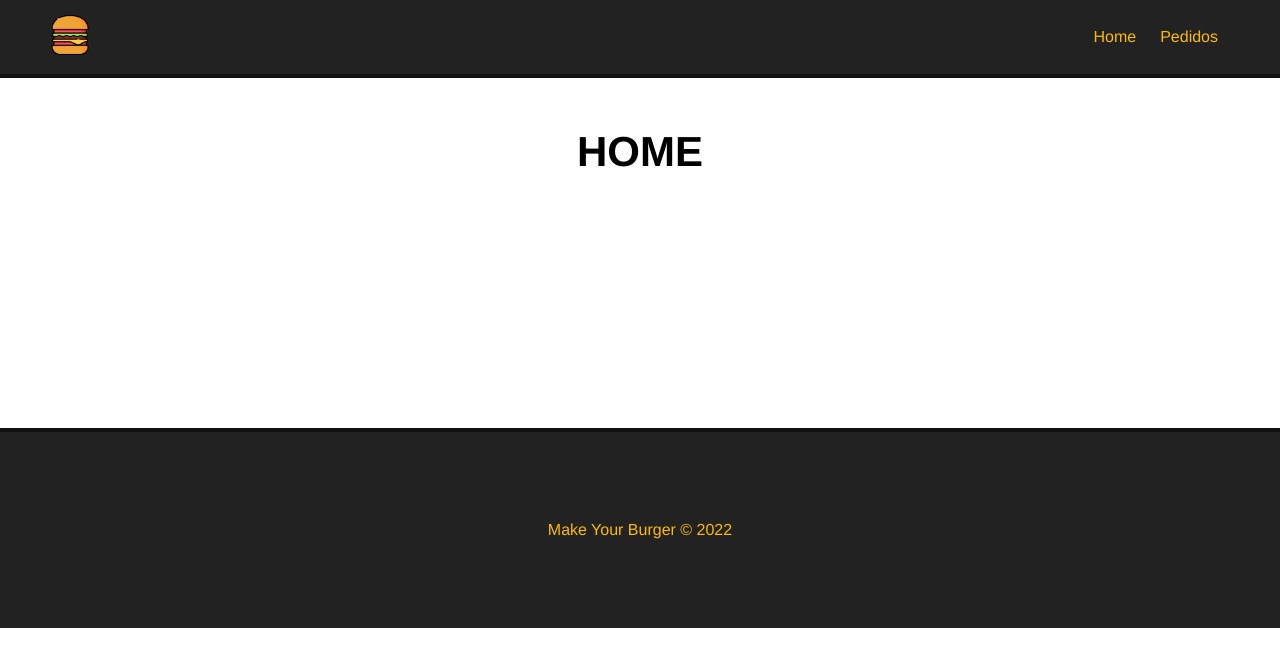
Repository: brunofa23/makeyourburguer
Page: /
An editor plug-in stored every save of this project. The page is shown before and after the next save, followed by the edit.
The browser window is 1280 px wide. The pictures show the whole page.
The project was rebuilt for these pictures with package versions that can differ from the ones it lists, and the page was loaded fresh each time. Also part of the build but not shown: vue.config.js.

Above is the page before, as saved 2022-08-09 18:46:28.

### src/App.vue
<template>
  <Navbar :logo="logo_src" :alt="app_name"/>
  <router-view/>
  <Footer />
</template>

<script>
import Navbar from './components/Navbar.vue';
import Footer from './components/Footer.vue';

export default{
  components:{ Navbar, Footer },
  data(){
    return{
      logo_src:"/img/logo.png",
      app_name:"Make Your Burguer"
    }

  }
}

</script>

<style>
*{
  font-family: Helvetica, sans-serif;
  padding: 0;
  margin: 0;
  box-sizing: border-box;
}


.main-container{
  margin:50px;
  min-height: 250px;
}

h1{
  text-align: center;
  font-size: 42px;
  margin-bottom: 30px;
}
</style>

### src/router/index.js
import { createRouter, createWebHistory } from 'vue-router'
import HomeView from '../views/HomeView.vue'

const routes = [
  {
    path: '/',
    name: 'home',
    component: HomeView
  },
  {
    path: '/pedidos',
    name: 'Pedidos',
    // route level code-splitting
    // this generates a separate chunk (about.[hash].js) for this route
    // which is lazy-loaded when the route is visited.
    component: () => import(/* webpackChunkName: "about" */ '../views/PedidosView.vue')
  }
]

const router = createRouter({
  history: createWebHistory(process.env.BASE_URL),
  routes
})

export default router

### src/components/Navbar.vue
<template>
  <div id="nav">
    <router-link to="/" id="logo-url">
        <img :src="logo" :alt="alt" id="logo" >
    </router-link>
    <router-link to="/">Home</router-link>
    <router-link to="/pedidos">Pedidos</router-link>
  </div>
</template>

<script>
export default {
    name:"Navbar",
    props:["logo", "alt"]
}
</script>




<style scoped>
#nav{
  background-color:#222 ;
  border-bottom: 4px solid #111;
  padding: 15px 50px;
  display: flex;
  justify-content: flex-end;
  align-items: center;


}

#nav #logo-url{
  margin: auto;
  margin-left: 0;


}

#logo{
  width: 40px;
  height: 40px;
}

#nav a{
  color: #FCBA03;
  text-decoration: none;
  margin: 12px;
  transition: .5s;

}
#nav a:hover{
  color:#FFF;
}

</style>

### src/components/Footer.vue
<template>
    <footer id="footer">
        <p>Make Your Burger &copy; 2022</p>

    </footer>
</template>


<script>
export default{
    name: "Footer"
}

</script>

<style scoped>
#footer{
    height: 200px;
    background-color: #222;
    border-top: 4px solid #111;
    color: #fcba03;
    display: flex;
    align-items: center;
    justify-content: center;
    width: 100%;
}
</style>

### src/views/HomeView.vue
<template>
  <div class="main-container">
   <h1>HOME</h1>
  </div>
</template>

<script>

</script>

Loaded but not shown: public/index.html (common file); src/main.js (common file)

After the next save:
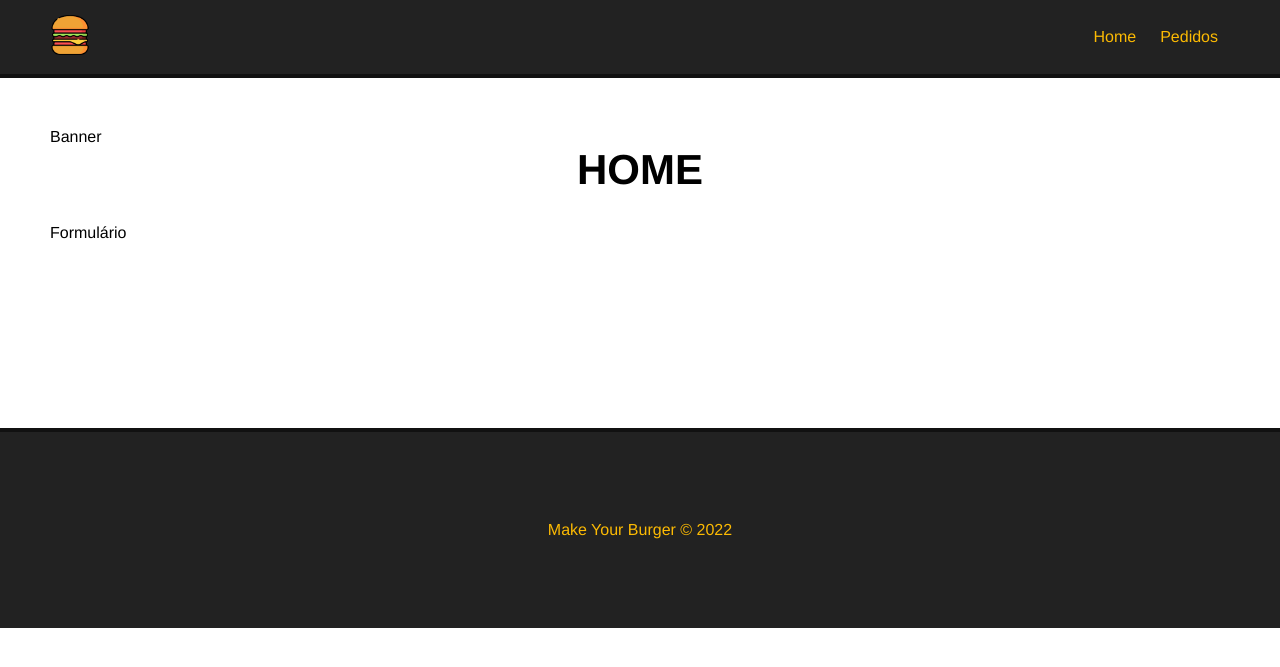
Saved 6 min 52 s later.
--- a/src/views/HomeView.vue
+++ b/src/views/HomeView.vue
@@ -1,6 +1,8 @@
 <template>
   <div class="main-container">
+    <p>Banner</p>
    <h1>HOME</h1>
+   <p>Formulário</p>
   </div>
 </template>
 
